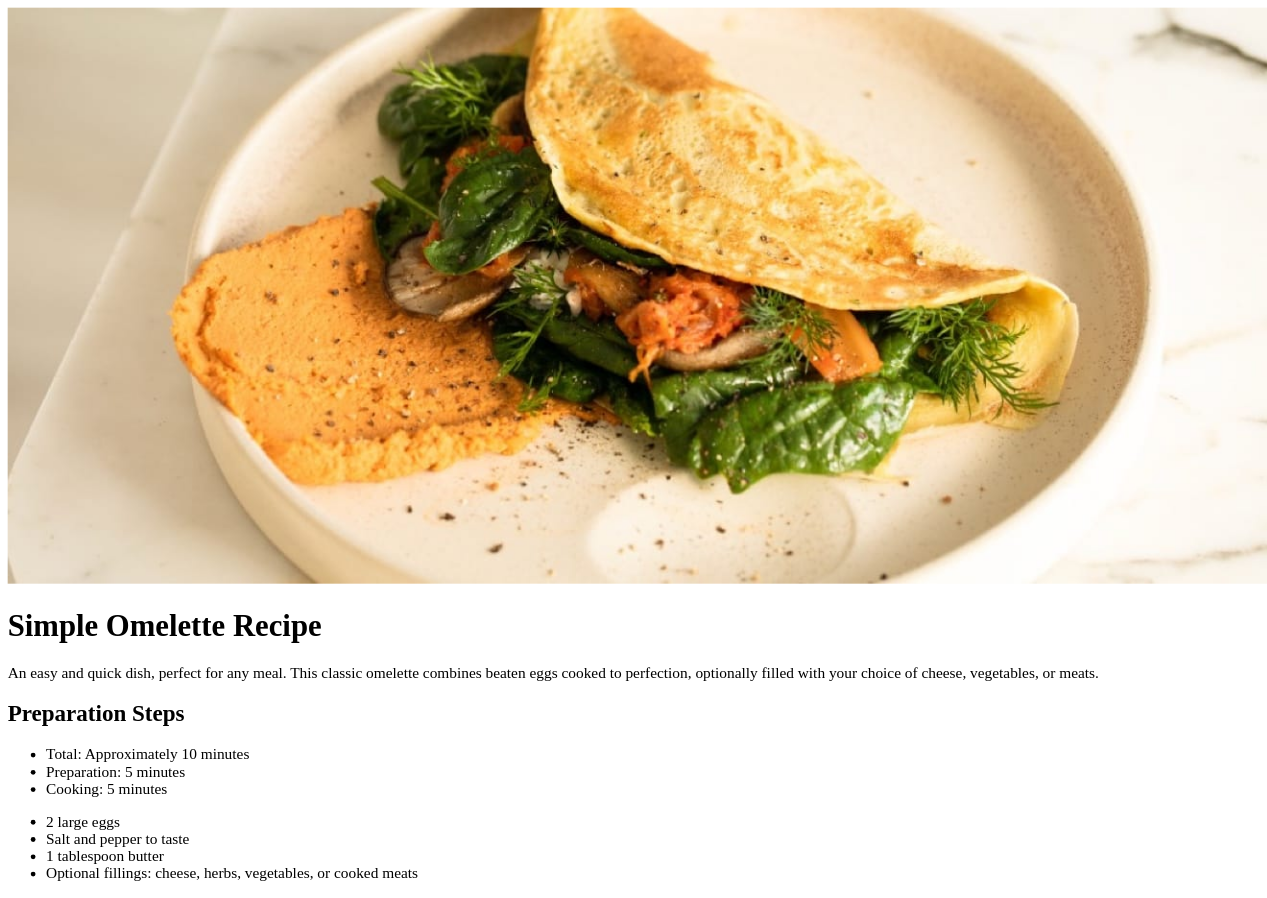
Repository: akbasliogulcan/omletterecipe
Page: index.html
These files come from the project's save history. The page is drawn as it stood at one moment and after the next save; the edit follows.
The browser window is 1280 px wide. The page is 1320 px wide, so the pictures cover 1320 px, including what lies to the right of the window. The pictures show the whole page, at 96% of full size.

Above is the page before, as saved 2025-07-20 17:15:25.

After the next save:
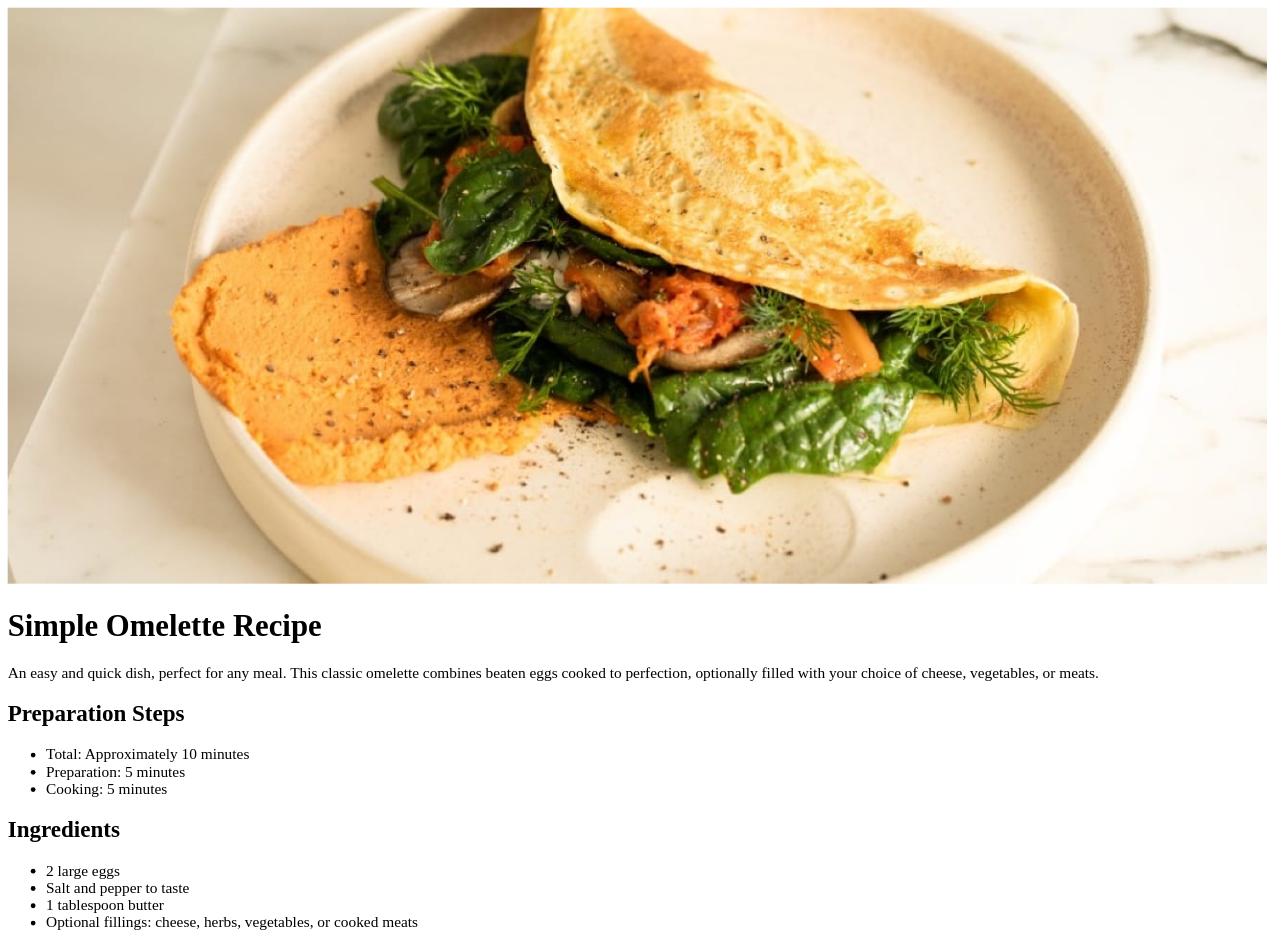
Saved 6 s later.
--- a/index.html
+++ b/index.html
@@ -29,6 +29,7 @@
     </div>
 
     <div class="ingredients">
+      <h2>Ingredients</h2>
       <ul>
         <li>2 large eggs</li>
         <li>Salt and pepper to taste</li>
